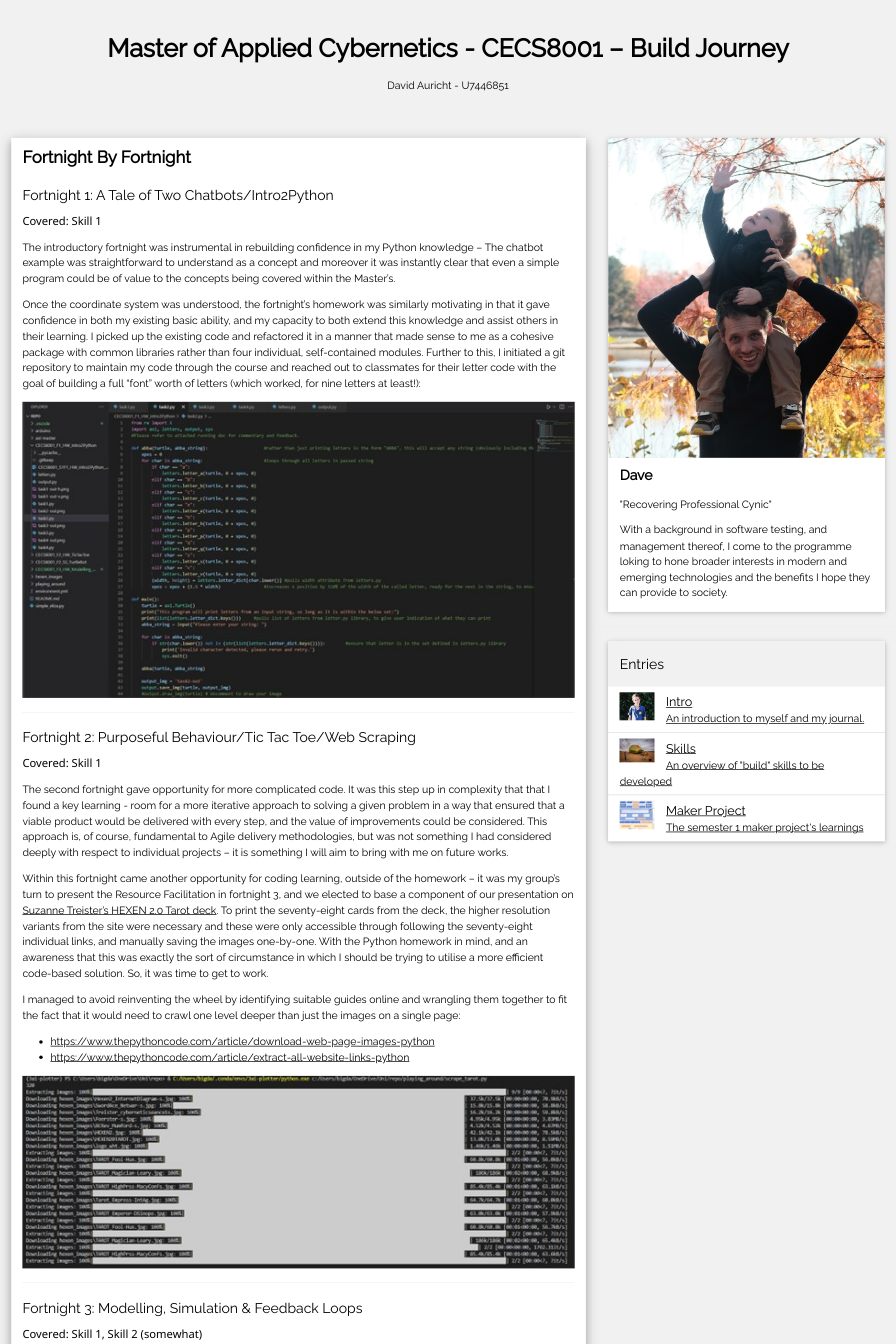
Repository: TodaysSawyer/cecs_8001_journal
Page: CECS_8001_build_journal/fortnights.html
These files come from the project's save history. The page is drawn as it stood at one moment and after the next save; the edit follows.
The browser window is 1280 px wide. The pictures show the part of the page from y = 0 to 1920 px (the page is 4824 px tall), at 70% of full size.

Above is the page before, as saved 2022-08-23 11:15:26.

After the next save:
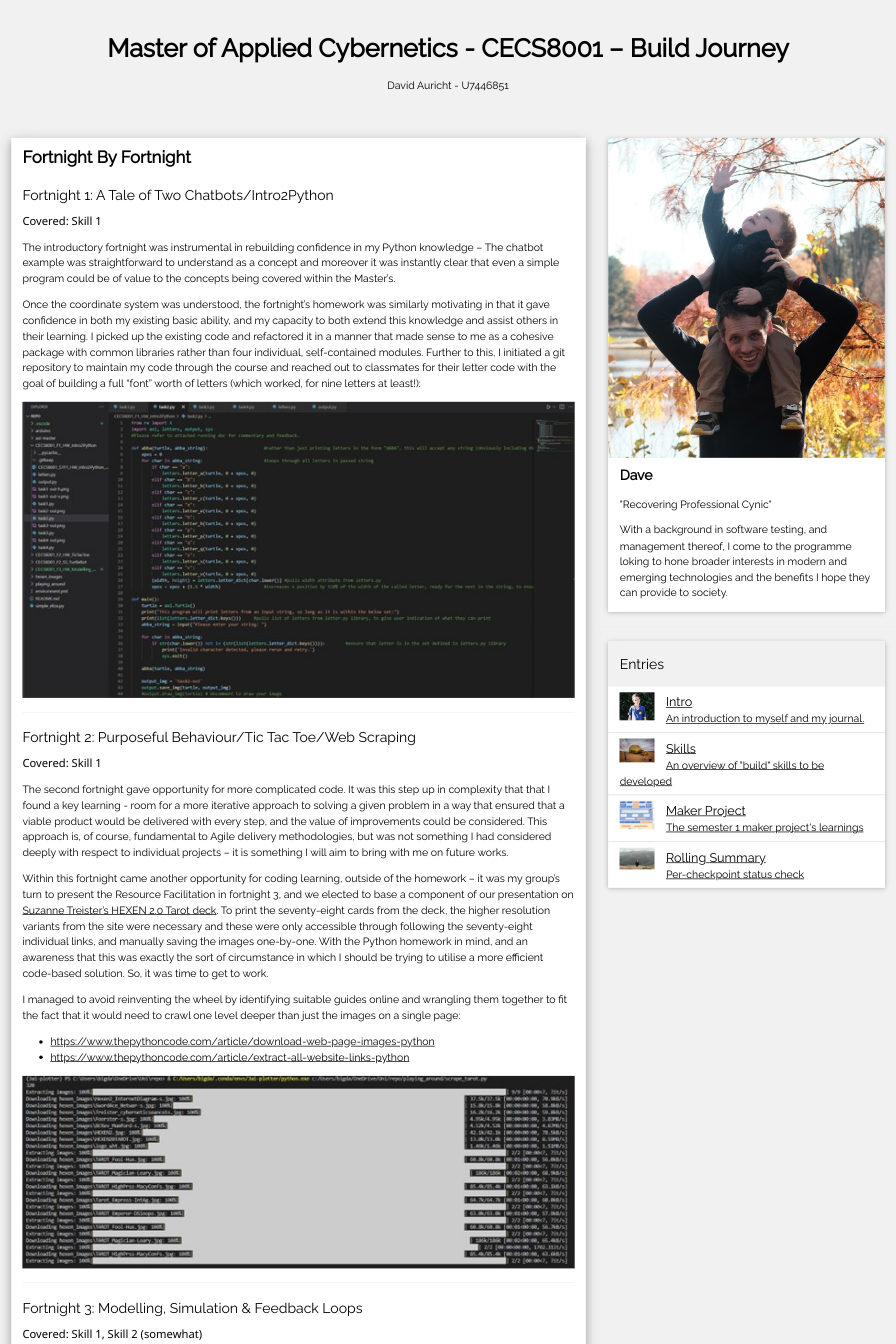
Saved 33 s later.
--- a/CECS_8001_build_journal/fortnights.html
+++ b/CECS_8001_build_journal/fortnights.html
@@ -132,7 +132,14 @@ and is wrapped around the whole page content, except for the footer in this exam
       <span class="w3-large">Maker Project</span><br>
       <span>The semester 1 maker project's learnings</span>
       </a>
-   </li>
+      </li>
+      <li>
+        <a href="rolling_summary.html" target="_self">
+        <img src="rolling_summary_crop.jpg" alt="Image" class="w3-left w3-margin-right" style="width:50px">
+        <span class="w3-large">Rolling Summary</span><br>
+        <span>Per-checkpoint status check</span>
+        </a>
+      </li>
     </ul>
   </div>
 
